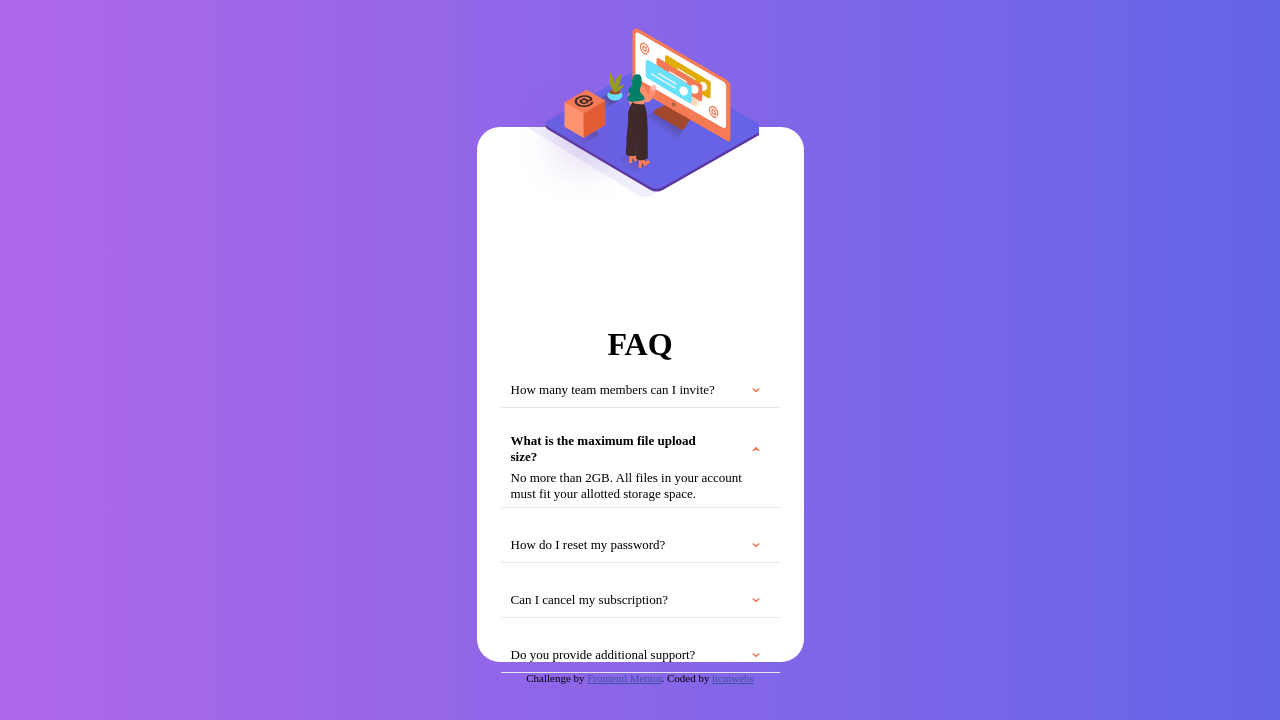
Repository: Hcmwebs/faq-accordion-card
Page: index.html
An editor plug-in stored every save of this project. The page is shown before and after the next save, followed by the edit.
The browser window is 1280 px wide. The pictures show the whole page.
The style sheet was rebuilt from its Sass, Less or Tailwind sources for each picture, by a compiler version that may differ from the author's.

Above is the page before, as saved 2020-11-09 11:07:50.

### index.html
<!DOCTYPE html>
<html lang="en">
  <head>
    <meta charset="UTF-8" />
    <meta name="viewport" content="width=device-width, initial-scale=1.0" />
    <!-- displays site properly based on user's device -->

    <link
      rel="icon"
      type="image/png"
      sizes="32x32"
      href="./images/favicon-32x32.png"
    />
    <link rel="stylesheet" href="css/main.min.css" />

    <title>Frontend Mentor | FAQ Accordion Card</title>

    <!-- Feel free to remove these styles or customise in your own stylesheet 👍 -->
  </head>
  <body>
    <div class="container">
      <div class="card">
        <div class="card__header">
          <img
            src="/images/illustration-woman-online-mobile.svg"
            alt="image of a woman online"
          />
        </div>

        <div class="card__body">
          <h1 class="card__body--title">faq</h1>
          <div class="card__body--item">
            <div class="card__body--item--title">
              <h2>How many team members can I invite?</h2>
              <button>
                <img src="/images/icon-arrow-down.svg" alt="icon-arrow-down" />
              </button>
            </div>
            <p class="d-N">
              You can invite up to 2 additional users on the Free plan.There is
              no limit on team members for the Premium plan.
            </p>
            <div class="card__body--item--divider"></div>
          </div>

          <div class="card__body--item">
            <div class="card__body--item--title">
              <h2><strong>What is the maximum file upload size?</strong></h2>
              <button>
                <img
                  src="/images/icon-arrow-down.svg"
                  alt="icon-arrow-down"
                  class="rotate"
                />
              </button>
            </div>
            <p>
              No more than 2GB. All files in your account must fit your allotted
              storage space.
            </p>
            <div class="card__body--item--divider"></div>
          </div>

          <div class="card__body--item">
            <div class="card__body--item--title">
              <h2>How do I reset my password?</h2>
              <button>
                <img src="/images/icon-arrow-down.svg" alt="icon-arrow-down" />
              </button>
            </div>
            <p class="d-N">
              Click “Forgot password” from the login page or “Change password”
              from your profile page. A reset link will be emailed to you.
            </p>
            <div class="card__body--item--divider"></div>
          </div>

          <div class="card__body--item">
            <div class="card__body--item--title">
              <h2>Can I cancel my subscription?</h2>
              <button>
                <img src="/images/icon-arrow-down.svg" alt="icon-arrow-down" />
              </button>
            </div>
            <p class="d-N">
              Yes! Send us a message and we’ll process your request no questions
              asked.
            </p>
            <div class="card__body--item--divider"></div>
          </div>

          <div class="card__body--item">
            <div class="card__body--item--title">
              <h2>Do you provide additional support?</h2>
              <button>
                <img src="/images/icon-arrow-down.svg" alt="icon-arrow-down" />
              </button>
            </div>
            <p class="d-N">
              Chat and email support is available 24/7. Phone lines are open
              during normal business hours.
            </p>
            <div class="card__body--item--divider"></div>
          </div>
        </div>
      </div>

      <div class="attribution">
        Challenge by
        <a href="https://www.frontendmentor.io?ref=challenge" target="_blank"
          >Frontend Mentor</a
        >. Coded by
        <a
          href="https://github.com/Hcmwebs/faq-accordion-card.git"
          target="_blank"
          rel="noopener noreferrer"
          >hcmwebs</a
        >
      </div>
    </div>
  </body>
</html>

### scss/main.scss

// /*====fonts====*/

// @import url('https://fonts.googleapis.com/css2?family=Kumbh+Sans:wght@400;700&display=swap');

// $font-stack: 'Kumbh Sans',sans-serif;
// $font-size: 10px;
// $font-light: 400;
// $font-bold: 700;


// /*====primary color====*/
// /*====text-color====*/

// $veryDarkDesaturatedBlue: hsl(238, 29%, 16%);
// $softRed: hsl(14, 88%, 65%);

// /*====background -gradient====*/

// $gradientSoftViolet: hsl(273, 75%, 66%);
// $gradientSoftBlue: hsl(240, 73%, 65%);

// /*====Neutral color====*/
// /*====text-color====*/

// $veryDarkGrayishBlue: hsl(237, 12%, 33%);
// $darkGrayishBlue: hsl(240, 6%, 50%);

// /*====dividers-color====*/

// $dividersLightGrayishBlue: hsl(240, 5%, 91%);

@import'variables';
@import 'mixins';


*{
  margin: 0;
  padding: 0;
  box-sizing: border-box;
}

.body{
width: 100%;
height: 100vh;
font-family:$font-stack;
font-size: $font-size;
font-weight: $font-light;
@include grid($center, $center);
}

.container{
  width: 100%;
  height: 100vh;
  background: linear-gradient(90deg,$gradientSoftViolet 0%,$gradientSoftBlue 100%);
  @include flex($column, $center, $center);

  .card{
    width: 327px;
    height:535px;
    background:#fff url(/images/bg-pattern-mobile.svg) no-repeat 50px -30px;
    background-size:230px,230px;
    border-radius:23px;
    margin-top: 100px;
    padding: 10px;
    @include flex($column,$center,$center);
    position: relative;


    &__header{
      width: 237px;
      height: 180px;
      transform: translateY(-100px);

      img{
        width: 100%;
        height: 100%;
        object-fit: cover;

      }

    }


    &__body{
      width: 100%;
      height: 354px;
      padding:20px;
      @include grid($center,$center);
      grid-template-columns: 1fr;
      gap: 5px;


      &--title{
      font-weight: $font-bold;
      font-size: 32px;
      text-transform: uppercase;
      margin: 0 auto;
      }

      &--item{
        width: 279px;
        margin: 0 auto;
        padding: 10px;
        @include grid($center,$center);
        gap: 5px;
        cursor: pointer;
        transition: all 0.5s ease-in-out;

        &:hover{

          box-shadow: 0 2px 20px $darkGrayishBlue;
        }


        &--title{
          width: 279px;
          padding: 0 10px;
          @include flex($row,$spaceBetween,$center);

          h2{
            font-size: 13px;
            font-weight: $font-light;
            transition: all 0.5s ease-in-out;

            &:hover{
              color:$softRed;
            }
          }

          button{
            margin-left: 20px;
            padding: 10px;
            cursor: pointer;
            background-color: transparent;
            border: none;
            @include grid($center,$center);
            transition: all 0.75s ease-in-out;


            img{
              width: 8px;
              height: 4px;
              display: block;
              object-fit: cover;
              color:$softRed;

            }

          }
        }

        p{
          font-size: 13px;
          padding: 0 10px;
        }

        &--divider{
          width: 100%;
          height: 1px;
          background-color:$dividersLightGrayishBlue;
        }
      }

    }

  }

  .attribution {
    font-size: 11px;
    text-align: center;
    margin:10px 0;


  }

  .attribution a {
    color: hsl(228, 45%, 44%);
  }
}

.d-N {
  display:none;
}

.rotate{
  transform: rotate(180deg);
}




@import 'medias';

### scss/_variables.scss
/*====fonts====*/

@import url('https://fonts.googleapis.com/css2?family=Kumbh+Sans:wght@400;700&display=swap');

$font-stack: 'Kumbh Sans',sans-serif;
$font-size: 10px;
$font-light: 400;
$font-bold: 700;


/*====primary color====*/
/*====text-color====*/

$veryDarkDesaturatedBlue: hsl(238, 29%, 16%);
$softRed: hsl(14, 88%, 65%);

/*====background -gradient====*/

$gradientSoftViolet: hsl(273, 75%, 66%) ;
$gradientSoftBlue: hsl(240, 73%, 65%);

/*====Neutral color====*/
/*====text-color====*/

$veryDarkGrayishBlue: hsl(237, 12%, 33%);
$darkGrayishBlue: hsl(240, 6%, 50%);

/*====dividers-color====*/

$dividersLightGrayishBlue: hsl(240, 5%, 91%);


/*====alignments====*/
$flexStart: flex-start;
$flexEnd: flex-End;
$center: center;
$spaceAround: space-around;
$spaceBetween: space-between;


/*====placeItems====*/

$placeItems: place-items;


/*====justify====*/

$justify: justify-content;

/*====align====*/
$align: align-items;

/*====direction====*/
$direction: flex-direction;
$row:row;
$column:column;

### scss/_mixins.scss
/*====grid====*/
@mixin grid ($justify,$align){

  display: grid;
  justify-content: $justify;
  align-items: $align;
}

@mixin flex ($direction, $justify, $align) {
  display: flex;
  flex-direction: $direction;
  justify-content: $justify;
  align-items: $align;

}

### scss/_medias.scss


/*====Desktop: 1440px;====*/

After the next save:
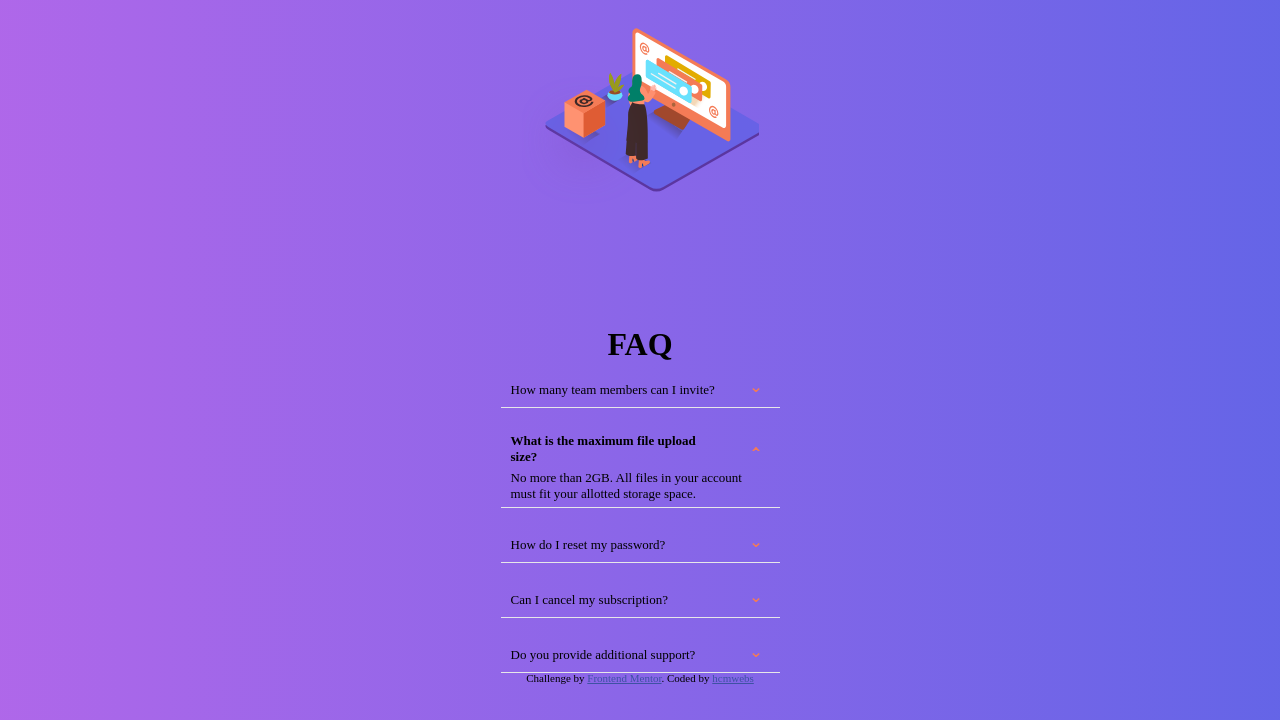
Saved 17 s later.
--- a/scss/main.scss
+++ b/scss/main.scss
@@ -58,7 +58,7 @@
   .card{
     width: 327px;
     height:535px;
-    background:#fff url(/images/bg-pattern-mobile.svg) no-repeat 50px -30px;
+    background:#fff url(/images/bg-pattern-mobile.svg) no-repeat contain;
     background-size:230px,230px;
     border-radius:23px;
     margin-top: 100px;

After the save that followed:
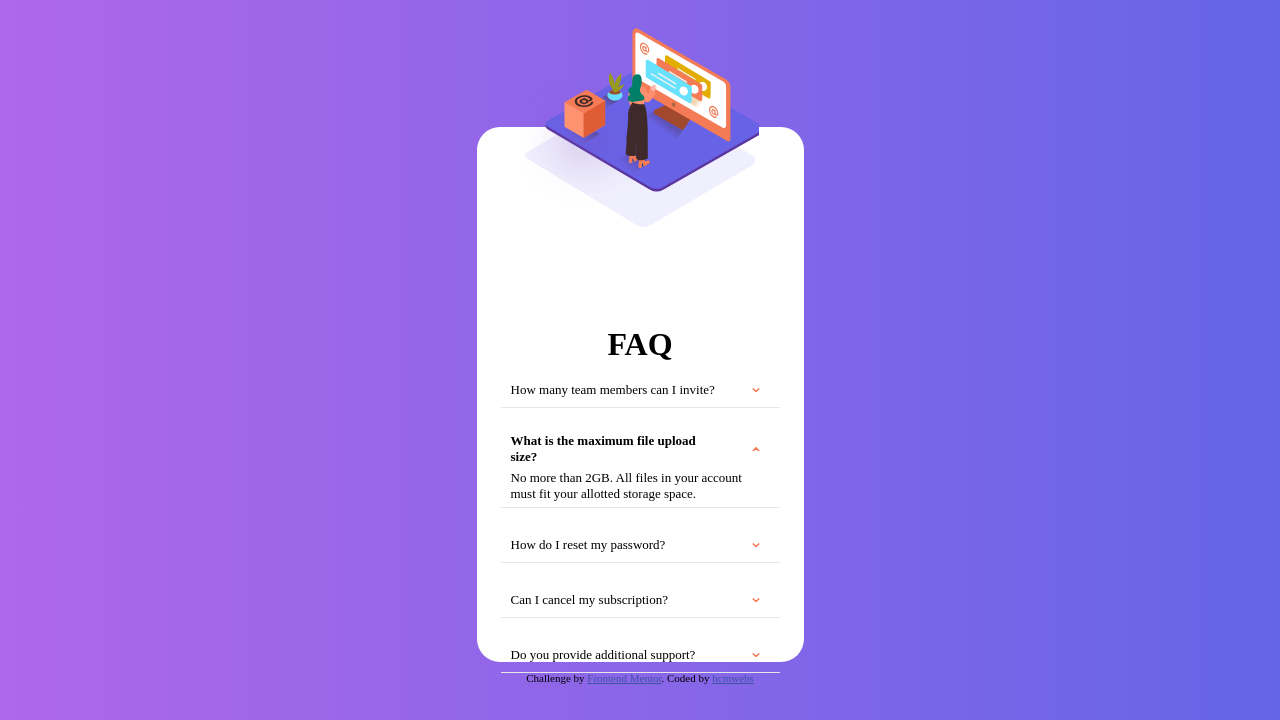
Saved 16 s later.
--- a/scss/main.scss
+++ b/scss/main.scss
@@ -58,7 +58,7 @@
   .card{
     width: 327px;
     height:535px;
-    background:#fff url(/images/bg-pattern-mobile.svg) no-repeat contain;
+    background:#fff url(/images/bg-pattern-mobile.svg) no-repeat top center;
     background-size:230px,230px;
     border-radius:23px;
     margin-top: 100px;
